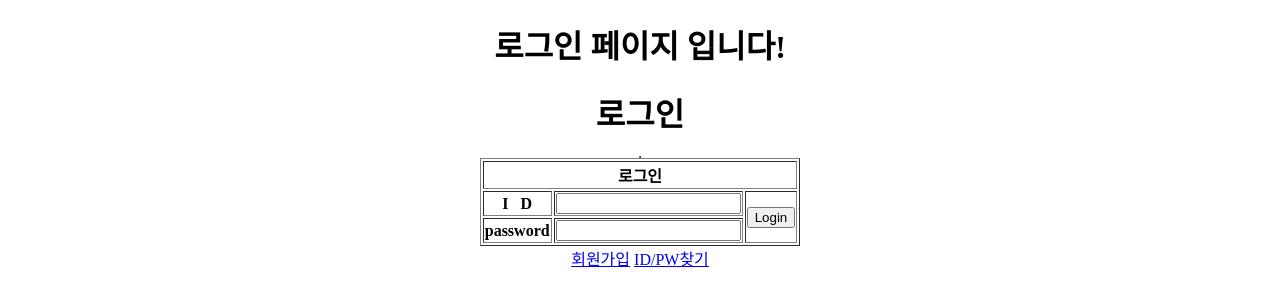
Repository: Park-In-Geun/Programming
Page: 웹프로그래밍 프로젝트/WebProject/WebContent/login.html
An editor plug-in stored every save of this project. The page is shown before and after a run of saves, followed by the edit.
The browser window is 1280 px wide. The pictures show the whole page.

Above is the page before, as saved 2018-06-13 16:17:39.

After the next 2 saves:
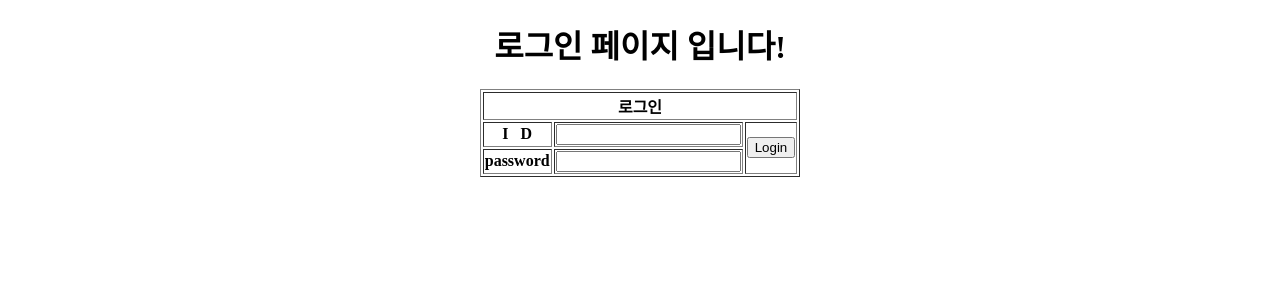
The 2 saves are shown as one change because they came seconds apart.
The last was saved 22 s later.
--- a/웹프로그래밍 프로젝트/WebProject/WebContent/login.html
+++ b/웹프로그래밍 프로젝트/WebProject/WebContent/login.html
@@ -7,9 +7,6 @@
 <body>
 <center>
 <h1>로그인 페이지 입니다!</h1>
-<form method=post action=login.jsp>
-<table border=collapse>
-<h1>로그인</h1>
 <form method=post action=login.jsp>
 <table border=collapse>
 <tr>
@@ -25,10 +22,6 @@
 	<td><input type=password name=password>
 </tr>
 </table>
-<a href="regist.html">회원가입</a>
-<a href="find.html">ID/PW찾기</a>
-
-</table>
 </center>
 </body>
 </html>
